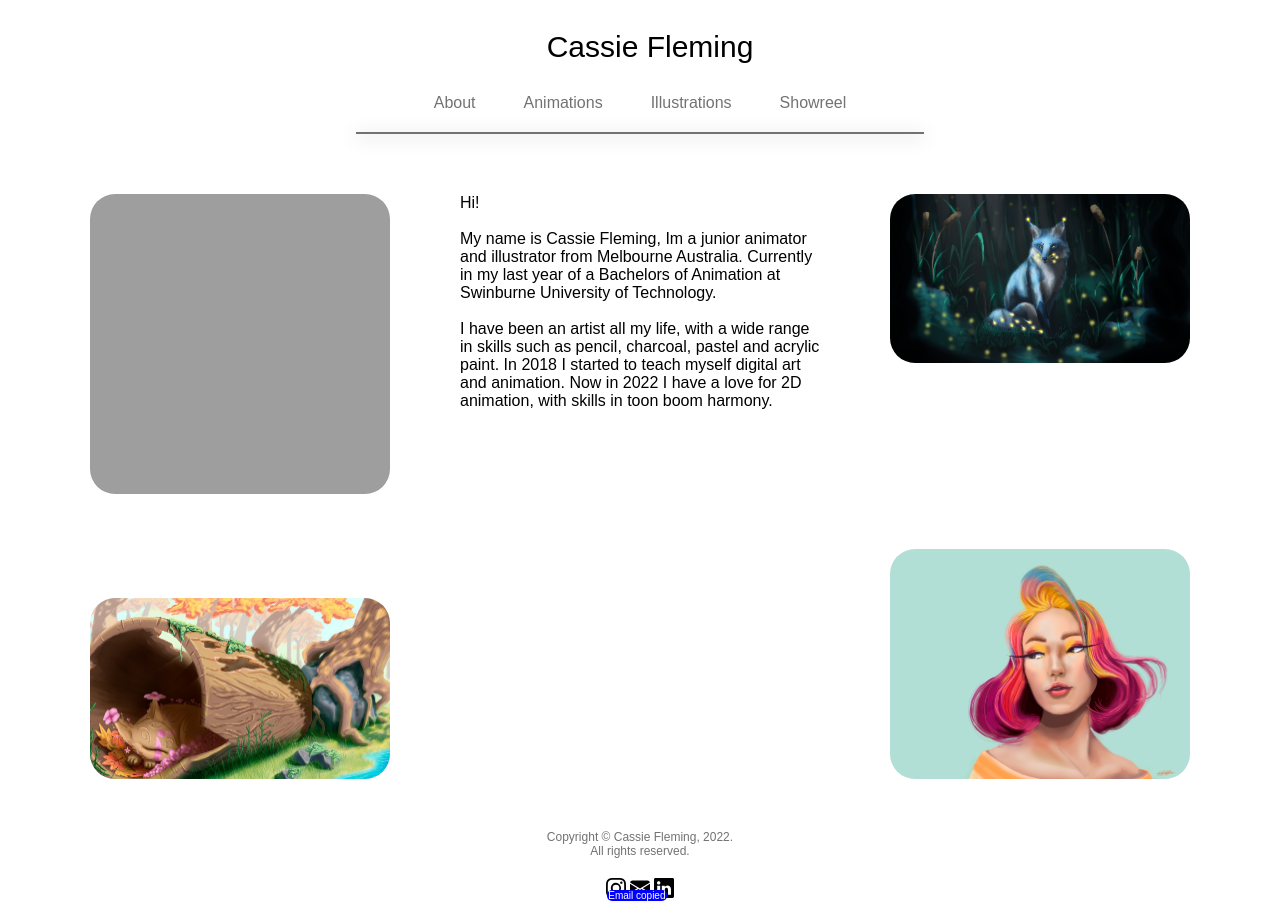
Repository: David-Waite/Cassie-Fleming-portfolio
Page: /
The author's editor kept a copy of each file at every save. The page is drawn from the files as they stood at one save, then again after a run of saves.
The browser window is 1280 px wide. The pictures show the whole page.
Pictures or frames that could not be fetched are drawn as grey boxes. Some web fonts or font styles are not loaded; a fallback is used. The project was rebuilt for these pictures with package versions that can differ from the ones it lists, and the page was loaded fresh each time. The framework's server and built-in components were replaced by stand-ins that run in the browser. Also part of the build but not shown: next.config.js.

Above is the page before, as saved 2022-09-11 17:54:28.

### pages/index.js
import Head from "next/head";
import Image from "next/image";
import styles from "../styles/Home.module.css";

export default function Home() {
  return (
    <div className={styles.layout}>
      <div className={`${styles.photoContainer} ${styles.photoContainerLeft}`}>
        <div>
          <Image
            className={styles.photo}
            src="/Cassie.png"
            height={3024}
            width={3024}
            alt="Photo of me, Cassie Fleming"
          />
        </div>
        <div className={styles.photo}>
          <Image
            className={styles.photo}
            src="/cherry blossom.2.jpg"
            height={725}
            width={1200}
            alt="Cherry Blossom covered fox, taking a nap in a hollowed tree log, by the river"
          />
        </div>
      </div>

      <div className={styles.aboutText}>
        Hi!
        <br />
        <br />
        My name is Cassie Fleming, Im a junior animator and illustrator from
        Melbourne Australia. Currently in my last year of a Bachelors of
        Animation at Swinburne University of Technology.
        <br />
        <br /> I have been an artist all my life, with a wide range in skills
        such as pencil, charcoal, pastel and acrylic paint. In 2018 I started to
        teach myself digital art and animation. Now in 2022 I have a love for 2D
        animation, with skills in toon boom harmony.
      </div>
      <div className={styles.photoContainer}>
        <div className={styles.photo}>
          <Image
            className={styles.photo}
            src="/fox.png"
            height={1080}
            width={1920}
            alt="glowing fox"
          />
        </div>
        <div className={styles.photo}>
          <Image
            className={styles.photo}
            src="/Inkedhuman.jpg"
            height={930}
            width={1211}
            alt="girl with cool hair a swaggie eyes"
          />
        </div>
      </div>
    </div>
  );
}

### components/Layout.js
import Link from "next/link";
import React, { useState } from "react";
import { Instagram, Linkedin, EnvelopeFill } from "react-bootstrap-icons";

export default function Layout({ children }) {
  const [navClass, setNavClass] = useState("");

  function toggleNav() {
    setNavClass((navClass) => {
      return navClass === "change" ? "" : "change";
    });
  }

  return (
    <div className={`layout ${navClass}`}>
      <header className="header">
        <h1>
          <Link href="/">
            <a>Cassie Fleming</a>
          </Link>
        </h1>

        <div className="navbar-icon" onClick={toggleNav}>
          <div className="bar1"></div>
          <div className="bar2"></div>
          <div className="bar3"></div>
        </div>

        <nav>
          <Link href="/">
            <a>About</a>
          </Link>
          <Link href="/">
            <a>Animations</a>
          </Link>
          <Link href="/">
            <a>Illustrations</a>
          </Link>
          <Link href="/">
            <a>Showreel</a>
          </Link>
        </nav>
      </header>
      <div className="navbar-line"></div>

      {children}
      <footer>
        <span className="email-popup">Email copied</span>
        <p>Copyright &copy; Cassie Fleming, 2022.</p>
        <p>All rights reserved.</p>
        <div className="social">
          <span>
            <Link href="https://www.instagram.com/cass_illustrations/">
              <a target="_blank">
                <Instagram />
              </a>
            </Link>
          </span>
          <div
            className="email"
            onClick={() => {
              navigator.clipboard.writeText("cassie.fleming2000@gmail.com");
            }}
          >
            <EnvelopeFill />
          </div>
          <span>
            <Link href="http://www.linkedin.com/in/cassie-fleming-500a56204">
              <a target="_blank">
                <Linkedin />
              </a>
            </Link>
          </span>
        </div>
      </footer>
    </div>
  );
}

### styles/globals.css
@import url("https://fonts.googleapis.com/css2?family=Zen+Maru+Gothic:wght@300;400;500;700&display=swap");

* {
  font-family: "Zen Maru Gothic", sans-serif;
  box-sizing: border-box;
  margin: 0;
  padding: 0;
}

.layout {
  margin: 30px 30px 0;
  display: flex;
  flex-direction: column;
  align-items: center;
  position: relative;
  min-height: calc(100vh - 30px);

  padding-bottom: 140px;
  text-align: center;
}

h1 {
  font-weight: 400;
  font-size: 30px;
  margin-bottom: 30px;
  margin-left: 20px;
}

a:hover {
  color: black;
}

a {
  text-decoration: none;
  color: black;
}
.hover {
  color: red;
}
nav a {
  color: #727272;
  margin: 24px;
  font-size: 16px;
}
.navbar-line {
  width: 568px;
  box-shadow: rgba(0, 0, 0, 0.35) 0px 3px 17px;
  margin: 20px 0 60px;
  border: #727272 solid 1px;
}
footer {
  position: absolute;
  bottom: 0px;
  font-size: 12px;
  color: #727272;
}
/* navBar icon */
.navbar-icon {
  display: none;
  cursor: pointer;
  margin-right: 20px;
}

.bar1,
.bar2,
.bar3 {
  width: 20px;
  height: 3px;
  background-color: #727272;
  margin: 4px 0;
  transition: 0.4s;
  border-radius: 5px;
}

.change .bar1 {
  transform: translate(0, 7px) rotate(-45deg);
}

.change .bar2 {
  opacity: 0;
}

.change .bar3 {
  transform: translate(0, -7px) rotate(45deg);
}

.social {
  display: flex;
  justify-content: center;
  padding: 20px;
}
.social span {
  color: black;
  margin: 0 4px;
  cursor: pointer;
  font-size: 20px;
}

.email {
  position: relative;
  font-size: 20px;
  color: black;
}
.email-popup {
  position: absolute;
  font-size: 10px;

  text-align: center;
  width: 60px;
  left: 60px;
  top: 60px;
  background-color: blue;
  color: #ffffff;
  padding: 0;
  border-radius: 5px;
  z-index: 1;
}

@media (max-width: 810px) {
  .layout {
    margin: 20px 20px 0;
  }
  header {
    position: relative;
    display: flex;
    align-items: center;
    justify-content: space-between;
    width: 100vw;
  }
  .navbar-icon {
    display: inline-block;
  }
  h1 {
    font-size: 20px;
    margin-bottom: 0;
  }

  nav {
    position: absolute;
    top: 50px;
    display: flex;
    flex-direction: column;
    width: 100vw;
    height: 0px;
    transition: 0.5s;
    z-index: 1;
    background-color: white;
    overflow: hidden;
  }
  nav a {
    display: flex;
    justify-content: center;
    align-items: center;
    margin: 0;
    height: 50px;
  }
  .change nav {
    height: 100vh;
  }
  a:hover {
    background-color: #c4c3c3;
  }

  .navbar-line {
    width: 100vw;
  }
  .change .layout {
    margin-top: 20px;
  }
}

### styles/Home.module.css
.layout {
  display: grid;
  grid-template-columns: 1fr 1fr 1fr;
  gap: 70px;
}

.aboutText {
  max-width: 600px;
  min-width: 300px;
  text-align: start;
}

.photoContainer {
  display: flex;
  flex-direction: column;
  justify-content: space-between;
  max-width: 300px;
  gap: 100px;
}

.photoContainerLeft {
  margin-left: auto;
}
.photo {
  border-radius: 25px;
}
.profile {
  display: none;
}

@media (max-width: 1000px) {
  .layout {
    gap: 20px;
  }
}
@media (max-width: 810px) {
  .layout {
    display: inline;
  }
  .photo {
    display: none;
  }
  .photoContainerLeft {
    margin: 0 auto 30px;
    max-width: 400px;
  }
  .aboutText {
    max-width: 400px;
  }
}

Loaded but not shown: pages/_app.js (common file)

After the next 2 saves:
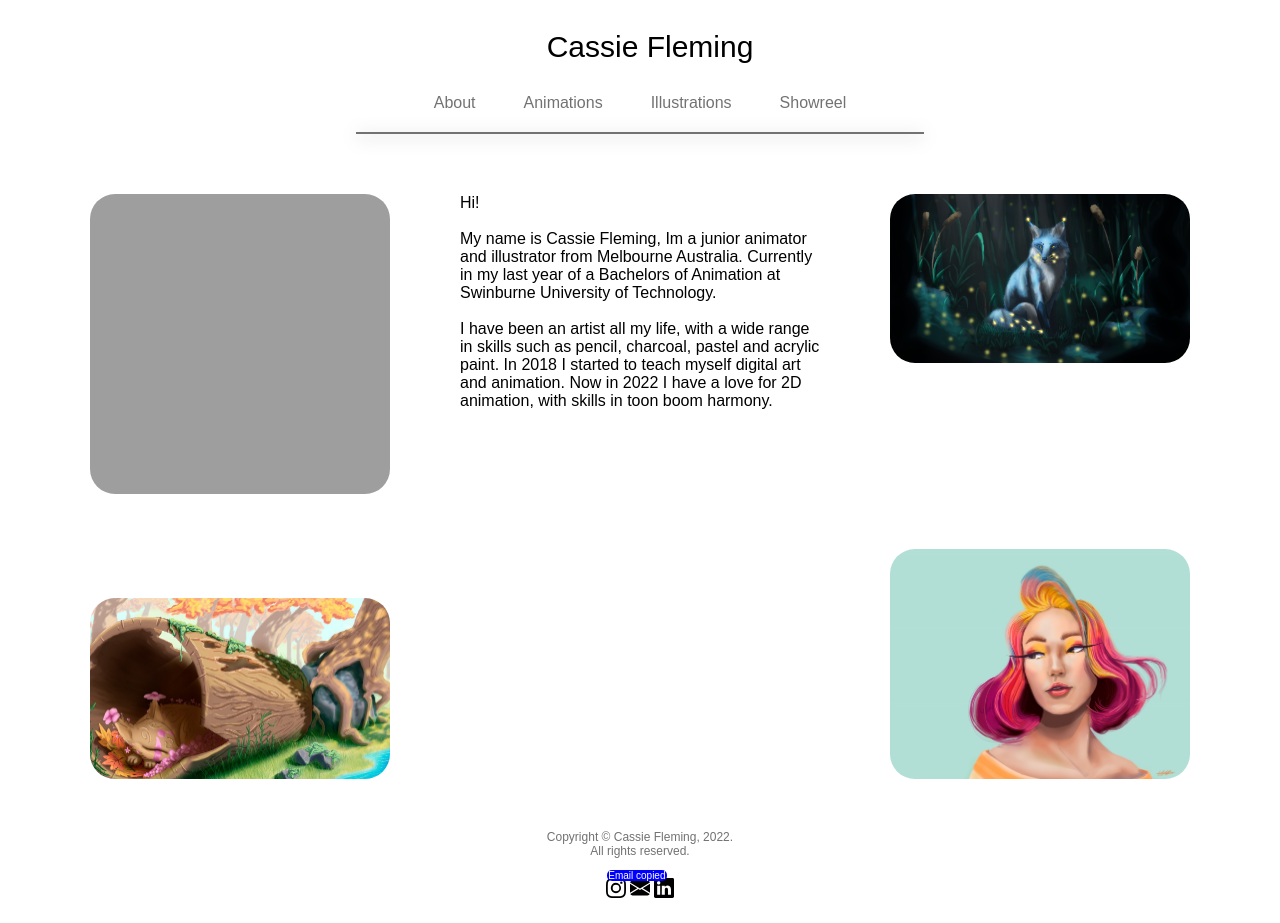
The 2 saves are shown as one change because they came seconds apart.
The last was saved 8 s later.
--- a/styles/globals.css
+++ b/styles/globals.css
@@ -108,7 +108,7 @@ footer {
   text-align: center;
   width: 60px;
   left: 60px;
-  top: 60px;
+  top: 40px;
   background-color: blue;
   color: #ffffff;
   padding: 0;
